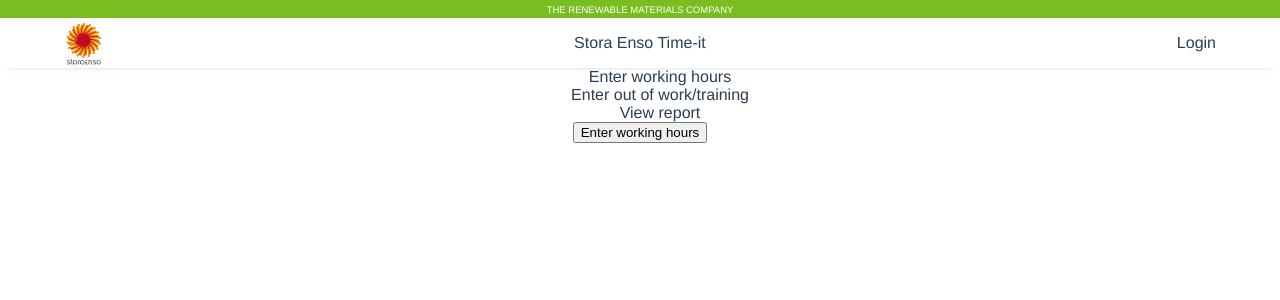
Repository: marianreha/vue-timeit
Page: /
These files come from the project's save history. The page is drawn as it stood at one moment and after the next save; the edit follows.
The browser window is 1280 px wide. The pictures show the whole page.
Some web fonts or font styles are not loaded; a fallback is used. The project was rebuilt for these pictures with package versions that can differ from the ones it lists, and the page was loaded fresh each time. Also part of the build but not shown: vue.config.js.

Above is the page before, as saved 2020-03-29 19:02:25.

After the next save:
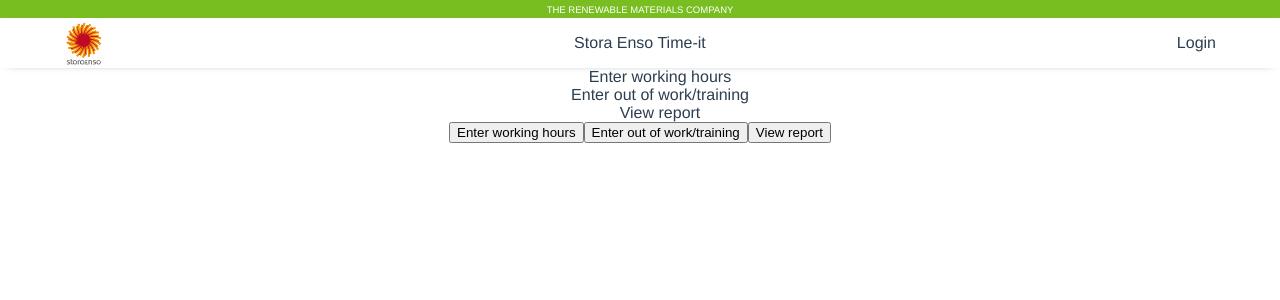
Saved 38 s later.
--- a/src/components/Home.vue
+++ b/src/components/Home.vue
@@ -6,7 +6,8 @@
           <li>View report</li>
       </ul>
         <button>Enter working hours</button>
-        <!-- <button>Enter out of work/training</button> -->
+        <button>Enter out of work/training</button>
+        <button>View report</button>
   </div>
 </template>
 
